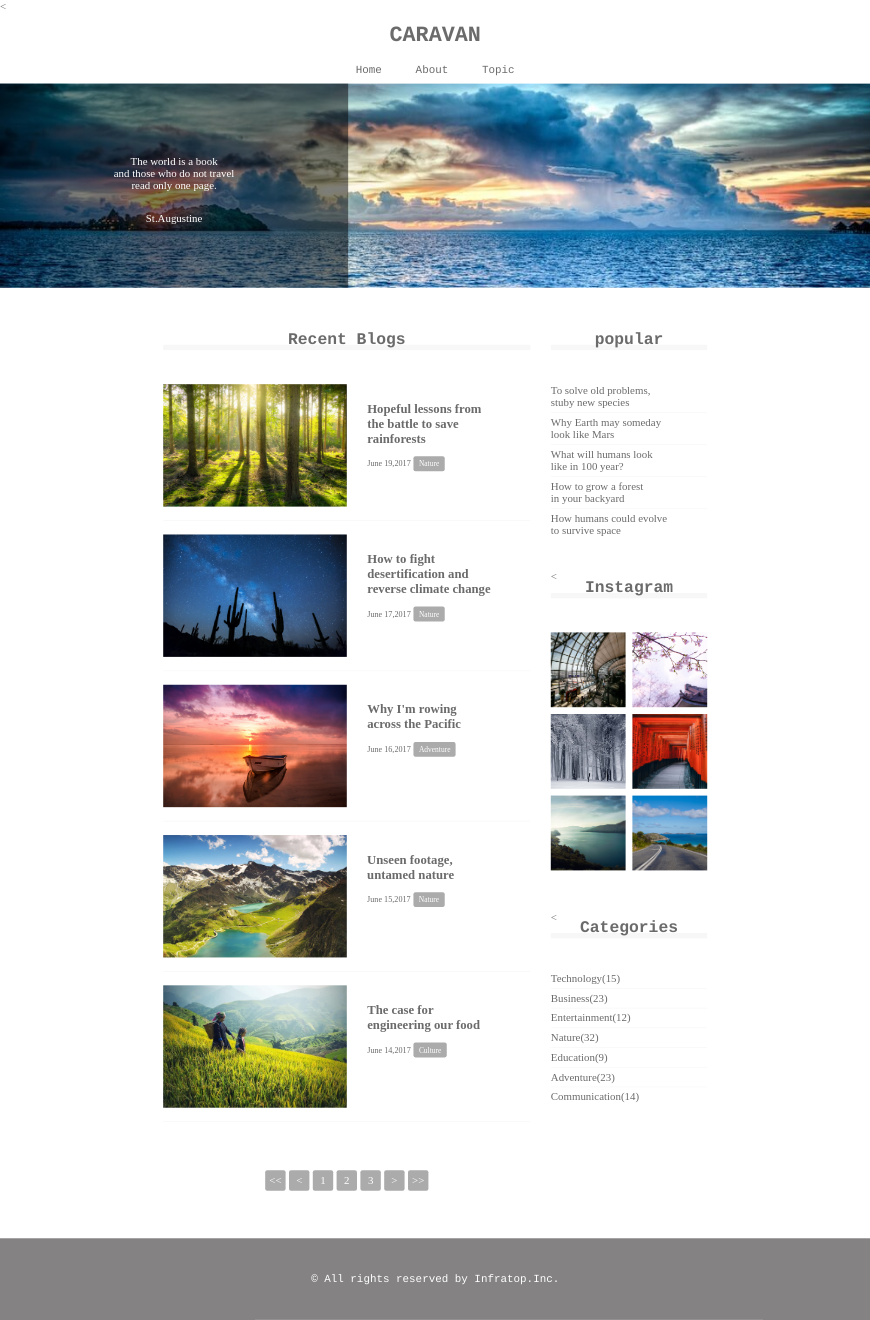
Repository: okazakiryuji/r
Page: caravan/index.html
The author's editor kept a record of every edit. The page is drawn from the files as they stood at one moment, then again after the next edit.
The browser window is 1280 px wide. The pictures show the whole page, at 68% of full size.
Some web libraries are served in a nearby version.

Above is the page before.

### caravan/index.html
<!DOCTYPE html>
<html lang="ja">
  <head>
    <meta charset="UTF-8" />
    <script src="https://kit.fontawesome.com/c9b9a9323b.js" crossorigin="anonymous"></script>
    <link rel="stylesheet" href="style.css" />
    <title>CARAVAN</title>
  </head>

  <body>
    <<header>
      <h1 class="heading">
        <a href="index.html">
          CARAVAN
        </a>
      </h1>
      <div class="social"></div>
    </header>

    <nav>
      <ul class="nav-list">
        <li class="nav-list-item">
          <a href="index.html">Home</a>
        </li>
        <li class="nav-list-item">About</li>
        <li class="nav-list-item">Topic</li>
      </ul>
    </nav>

    <div class="main-visual">
      <div class="main-visual-content">
        <p class="main-visual-text">
          The world is a book<br />
          and those who do not travel<br />
          read only one page.
        </p>
        <p class="main-visual-name">
          St.Augustine
        </p>
      </div>
    </div>

    <main>
      <section class="blog">
        <h2 class="blog-heading">Recent Blogs</h2>

        <div class="blog-box">
          <div class="blog-item">
          <img class="blog-image" src="img/forest.jpg">
          <section class="blog-text">
          <h3 class="blog-text-heading">
            <a href="single.html">
              Hopeful lessons from<br>
              the battle to save<br>
              rainforests
            </a>
          </h3>
          <p class="blog-date">June 19,2017</p>
          <span class="category">Nature</span>
          </section>
         </div>
          <div class="blog-item">
          <img class="blog-image" src="img/desert.jpg">
          <section class="blog-text">
          <h3 class="blog-text-heading">
            <a href="single.html">
              How to fight<br>
              desertification and<br>
              reverse climate change
            </a>
          </h3>
          <p class="blog-date">June 17,2017</p>
          <span class="category">Nature</span>
          </section>
         </div>
         <div class="blog-item">
          <img class="blog-image" src="img/sunset.jpg">
          <section class="blog-text">
          <h3 class="blog-text-heading">
            <a href="single.html">
              Why I'm rowing<br>
              across the Pacific
            </a>
          </h3>
          <p class="blog-date">June 16,2017</p>
          <span class="category">Adventure</span>
          </section>
         </div>
        </div>
        </div>
         <div class="blog-item">
          <img class="blog-image" src="img/italy.jpg">
          <section class="blog-text">
          <h3 class="blog-text-heading">
            <a href="single.html">
              Unseen footage,<br>
              untamed nature
            </a>
          </h3>
          <p class="blog-date">June 15,2017</p>
          <span class="category">Nature</span>
          </section>
         </div>
        </div>
        </div>
         <div class="blog-item">
          <img class="blog-image" src="img/asia.jpg">
          <section class="blog-text">
          <h3 class="blog-text-heading">
            <a href="single.html">
               The case for<br>
               engineering our food
          </h3>
          <p class="blog-date">June 14,2017</p>
          <span class="category">Culture</span>
          </section>
         </div>
        </div>
         <div class="pagination">
          <p><<</p>
          <p><</p>
          <p>1</p>
          <p>2</p>
          <p>3</p>
          <p>></p>
          <p>>></p>
        </div>
      </section>

      <div class="sidebar">
        <section class="popular">
          <h2 class="popular-heading common-heading">popular</h2>
          <div class="sidebar-contents">
             <p class="popular-text">To solve old problems,<br>stuby new species</p>
             <p class="popular-text">Why Earth may someday<br>look like Mars</p>
             <p class="popular-text">What will humans look<br>like in 100 year?</p>
             <p class="popular-text">How to grow a forest<br>in your backyard</p>
             <p class="popular-text">How humans could evolve<br>to survive space</p>
          </div>
        </section>
        <<section class="instagram">
          <h2 class="instagram-heading common-heading">Instagram</h2>
          <div class="sidebar-contents">
            <div class="instagram-box"></div>
            <div class="instagram-box"></div>
            <div class="instagram-box"></div>
            <div class="instagram-box"></div>
            <div class="instagram-box"></div>
            <div class="instagram-box"></div>
          </div>
        </section>
        <<section class="categories">
          <h2 class="categories-heading common-heading">Categories</h2>
          <div class="sidebar-contents">
            <p class="categories-text">Technology(15)</p>
            <p class="categories-text">Business(23)</p>
            <p class="categories-text">Entertainment(12)</p>
            <p class="categories-text">Nature(32)</p>
            <p class="categories-text">Education(9)</p>
            <p class="categories-text">Adventure(23)</p>
            <p class="categories-text">Communication(14)</p>
          </div>
        </section>
      </div>
      <div class="sidebar"></div>
    </main>

    <footer>
      <p class="footer-text">© All rights reserved by Infratop.Inc.</p>
    </footer>

   </body>
</html>

### caravan/style.css
* {
  margin: 0;
  padding: 0;
  box-sizing: border-box;
  color: #6c6b6b;
}

a{
  text-decoration: none;
}

header,nav,h2,main-visual,footer{
  font-family: Chalkduster, "Bradley Hand", Courier, "Segoe Print", sans-serif;
}

header{
  width: 90%;
  padding: 15px 0;
  margin: 0 auto;
  text-align: center;
  position: relative;
}

.social i {
  display: inline-block;
  margin-left: 20px;
}
.social {
position: absolute;
top:22px;
right: 22px;
}

header .heading{
  font-size: 32px;
}


.nav-list{
  text-align: center;
  padding: 10px 0;
  margin: 0 auto;
}

.nav-list-item{
   list-style: none;
  display: inline-block;
  margin: 0 20px;
}

.main-visual{
  width: 100%;
  height: 300px;
  background-image: url(img/mv.jpg);
  background-size: cover;
  background-position: center;
 }

.main-visual-content{
  width: 40%;
  height: 300px;
  background-color: rgba(0,0,0,0.5);
  text-align: center;
  padding-top: 105px;
  }

.main-visual-text{
  color: #fff;
}

.main-visual-name{
  margin-top: 30px;
  color: #fff;
}

main{
  width: 800px;
  display: flex;
  justify-content:center;
  margin: 0 auto;
  padding: 70px 0;
}

.blog{
  width: 540px;
  margin-right: 30px;
}

.blog-heading{
  border-bottom: 8px solid #f7f7f7;
  text-align: center;
  line-height: 0.6;
}

.blog-box{
  padding-top: 50px;
}
.blog-item{
  padding-bottom: 20px;
  margin-bottom: 20px;
  border-bottom: 1px solid #f7f7f7;
  display: flex;
  justify-content: flex-start;
}

.blog-image{
  height: 180px;
}

.blog-text{
  padding: 25px 0 0 30px;
}

.blog-text-heading{
  padding-bottom: 15px;
}
.blog-date{
  font-size: 12px;
  display: inline-block;
}
.category{
  display: inline-block;
  padding: 5px 8px;
  background-color: #acabab;
  border-radius: 3px;
  color: #fff;
  font-size: 11px;
}

.pagination{
  text-align: center;
  padding-top: 50px;
}

.pagination p{
  display: inline-block;
  width: 30px;
  height: 30px;
  margin: 0.5px;
  color: #fff;
  background-color: #acabab;
  border-radius: 3px;
  line-height: 30px;
}
.sidebar{
  width: 230px;
}

.common-heading{
  border-bottom: 8px solid #f7f7f7;
  text-align: center;
  line-height: 0.6;
}

.sidebar-contents{
  padding: 50px 0;
}

.popular-text,
.categories-text{
 padding-bottom: 5px;
 border-bottom: 1px solid #f7f7f7;
 margin-bottom: 5px;
}

.popular-text:last-child,
.categories-text:last-child{
  margin: 0;
  padding: 0;
  border: none;
}

.instagram .sidebar-contents{
  display: flex;
  flex-wrap:wrap;
}

.instagram-box{
  width: 110px;
  padding-top: 110px;
  background-size: cover;
  background-position: center;
  margin-bottom: 10px;
}

.instagram-box:nth-child(odd){
  margin: 0 10px 10px 0;
}

.instagram-box:nth-child(1){
  background-image: url(img/airport.jpg);
}

.instagram-box:nth-child(2){
   background-image: url(img/japan.jpg);
}

.instagram-box:nth-child(3) {
  background-image: url(img/snow.jpg);
}

.instagram-box:nth-child(4) {
  background-image: url(img/japan2.jpg);
}

.instagram-box:nth-child(5) {
  background-image: url(img/lake.jpg);
}

.instagram-box:nth-child(6) {
  background-image: url(img/road.jpg);
}

footer{
  width: 100%;
  height: 120px;
  text-align: center;
  line-height: 120px;
  background-color: #848282;
}

.footer-text{
  color: #fff;
}

@media screen and (max-width:425px){
  select{
    width: 100px;
  }

.nav-list {
    width: 100%;
  }

  .nav-list-item {
    width: 100%;
    margin: 0 0 10px 0;
  }

  .social {
    display: none;
  }

  .main-visual-content {
    width: 100%;
  }

  main {
    width: 100%;
    display: block;
  }

  .blog {
    width: 100%;
    margin: 0;
  }

  .blog-box {
    padding-left: 2%;
    padding-right: 2%;
  }

  .blog-image {
    width: 49%;
  }

  .blog-text {
    width: 49%;
    padding-top: 5px;
  }

  .sidebar {
    width: 100%;
  }

  .sidebar-contents {
    padding-left: 3%;
    padding-right: 3%;
  }

  .instagram-box {
    width: 48%;
    padding-top: 48%;
  }

  .instagram-box:nth-child(odd) {
    margin-right: 4%;
  }

  .pagination {
    margin-bottom: 50px;
  }
}

After the next edit:
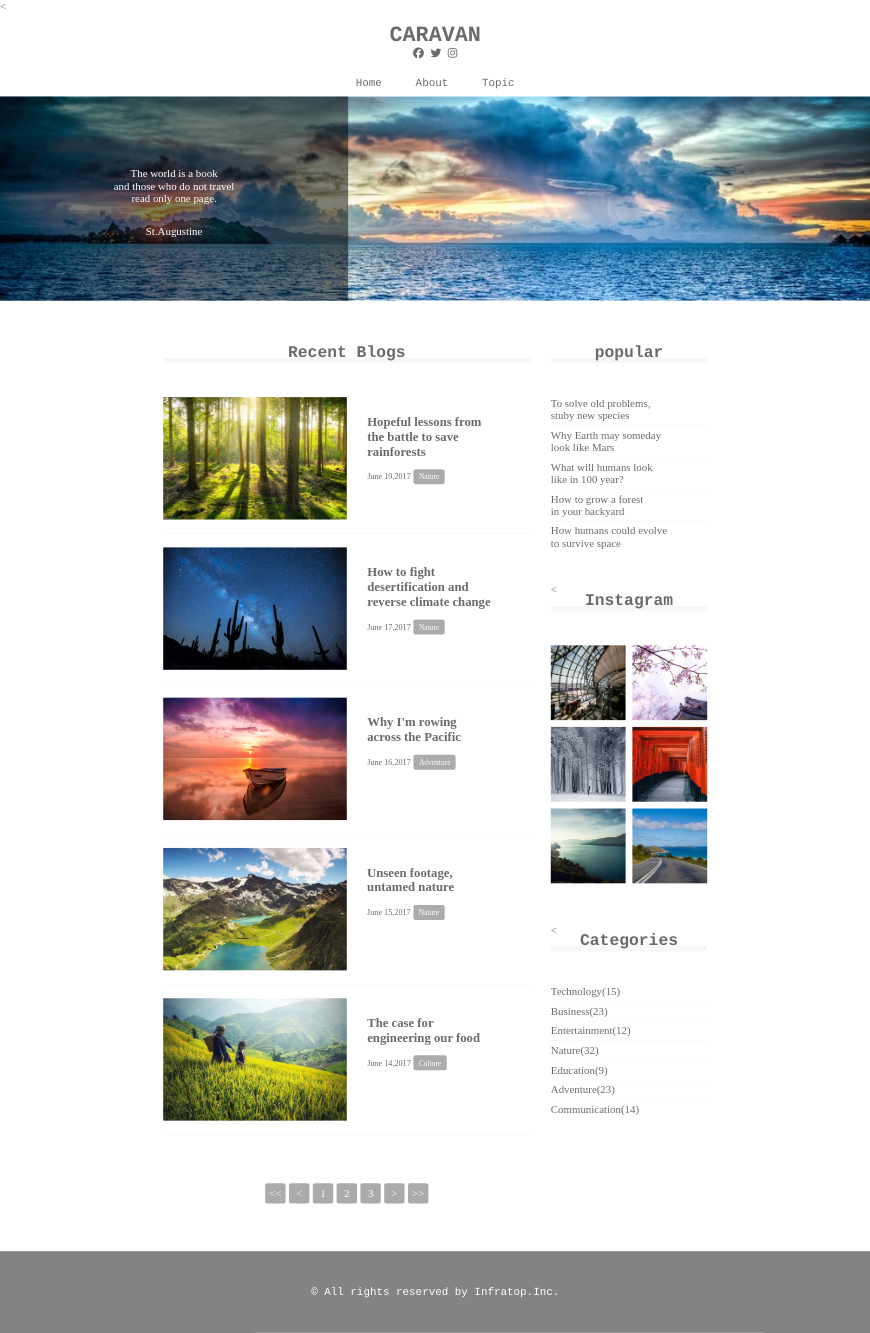
The edit:
--- a/caravan/index.html
+++ b/caravan/index.html
@@ -15,6 +15,9 @@
         </a>
       </h1>
       <div class="social"></div>
+      <i class="fa-brands fa-facebook"></i>
+      <i class="fa-brands fa-twitter"></i>
+      <i class="fa-brands fa-instagram"></i>
     </header>
 
     <nav>
